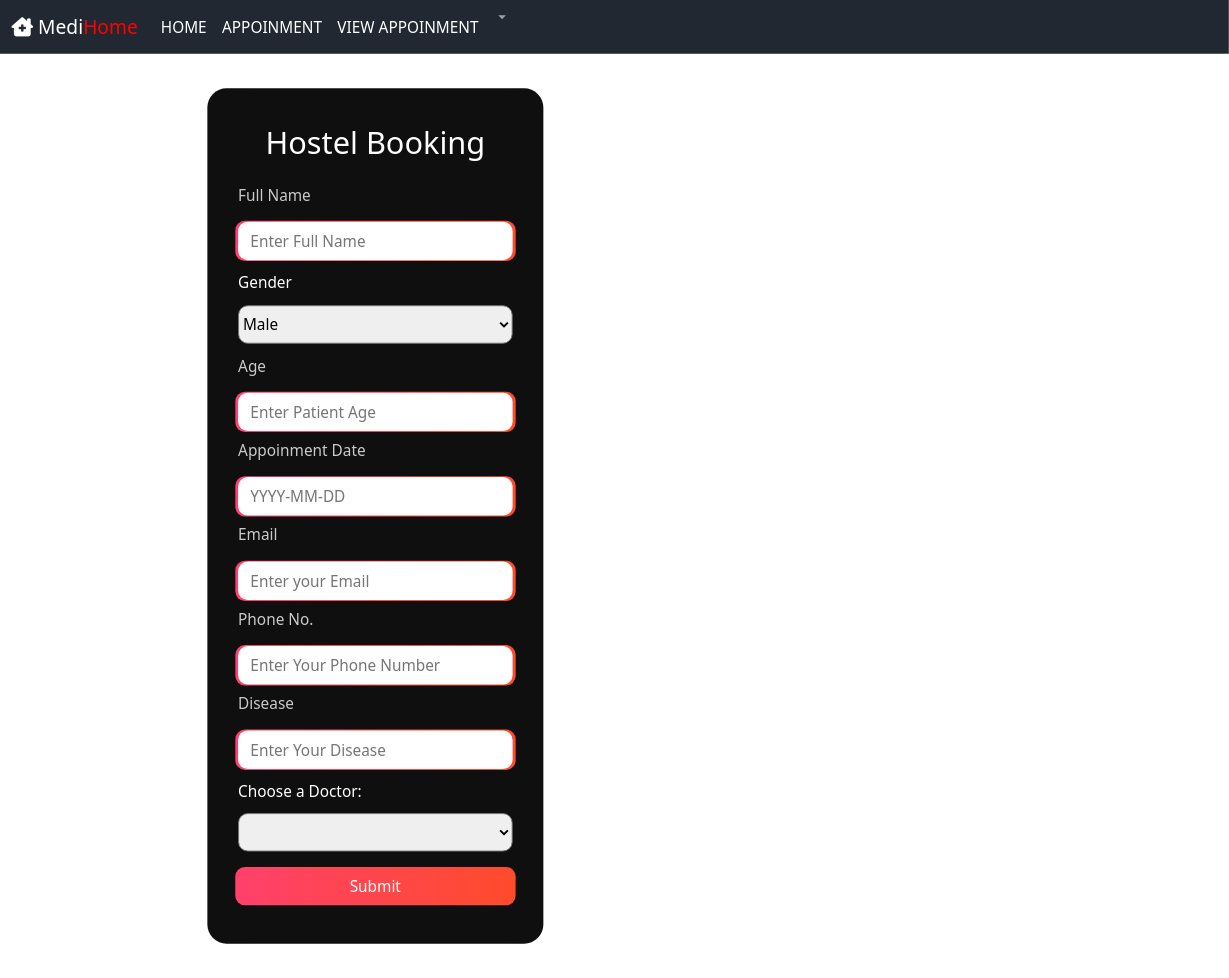
Repository: SparshGarg1/Hostel_Managment_System
Page: http://localhost/Hostel/studentbookroom.jsp
The author's editor kept a copy of each file at every save. The page is drawn from the files as they stood at one save, then again after the next save.
The browser window is 1280 px wide. The pictures show the whole page, at 96% of full size.
Some web libraries are served in a nearby version. The page is served by Tomcat 9. Queries for data that is not in the repository find no rows.

Above is the page before, as saved 2023-06-18 02:52:55.

After the next save:
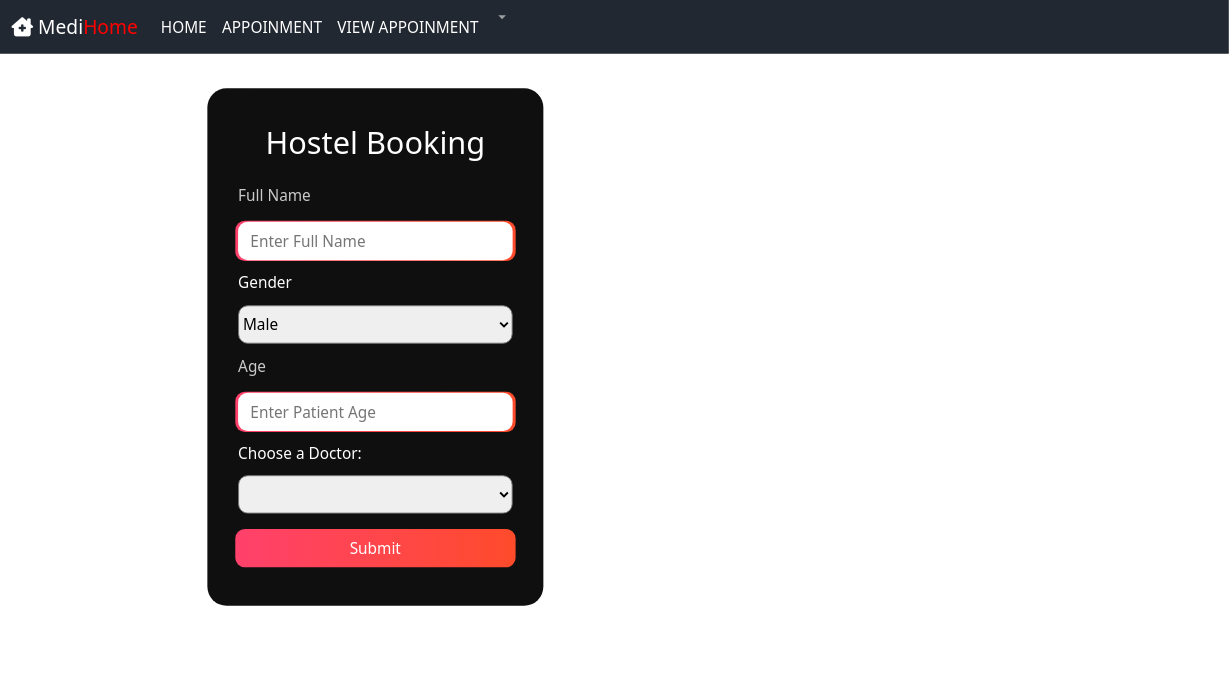
Saved 27 s later.
--- a/Hostel/WebContent/studentbookroom.jsp
+++ b/Hostel/WebContent/studentbookroom.jsp
@@ -187,30 +187,7 @@
                 <input type="text" name="age" placeholder="Enter Patient Age">
             </div>
         </div>
-        <div class="bo">
-            <p>Appoinment Date</p>
-            <div>
-                <input type="text" name="appdate" placeholder="YYYY-MM-DD">
-            </div>
-        </div>
-        <div class="bo">
-            <p>Email</p>
-            <div>
-                <input type="email" name="email" placeholder="Enter your Email">
-            </div>
-        </div>
-        <div class="bo">
-            <p>Phone No.</p>
-            <div>
-                <input type="text" name="mobile" placeholder="Enter Your Phone Number">
-            </div>
-        </div>
-        <div class="bo">
-            <p>Disease</p>
-            <div>
-                <input type="text" name="Disease" placeholder="Enter Your Disease">
-            </div>
-        </div>
+
 
         <label for="doctor" class="bo">Choose a Doctor:</label>
             <select id="doctor" name="doctor" >
